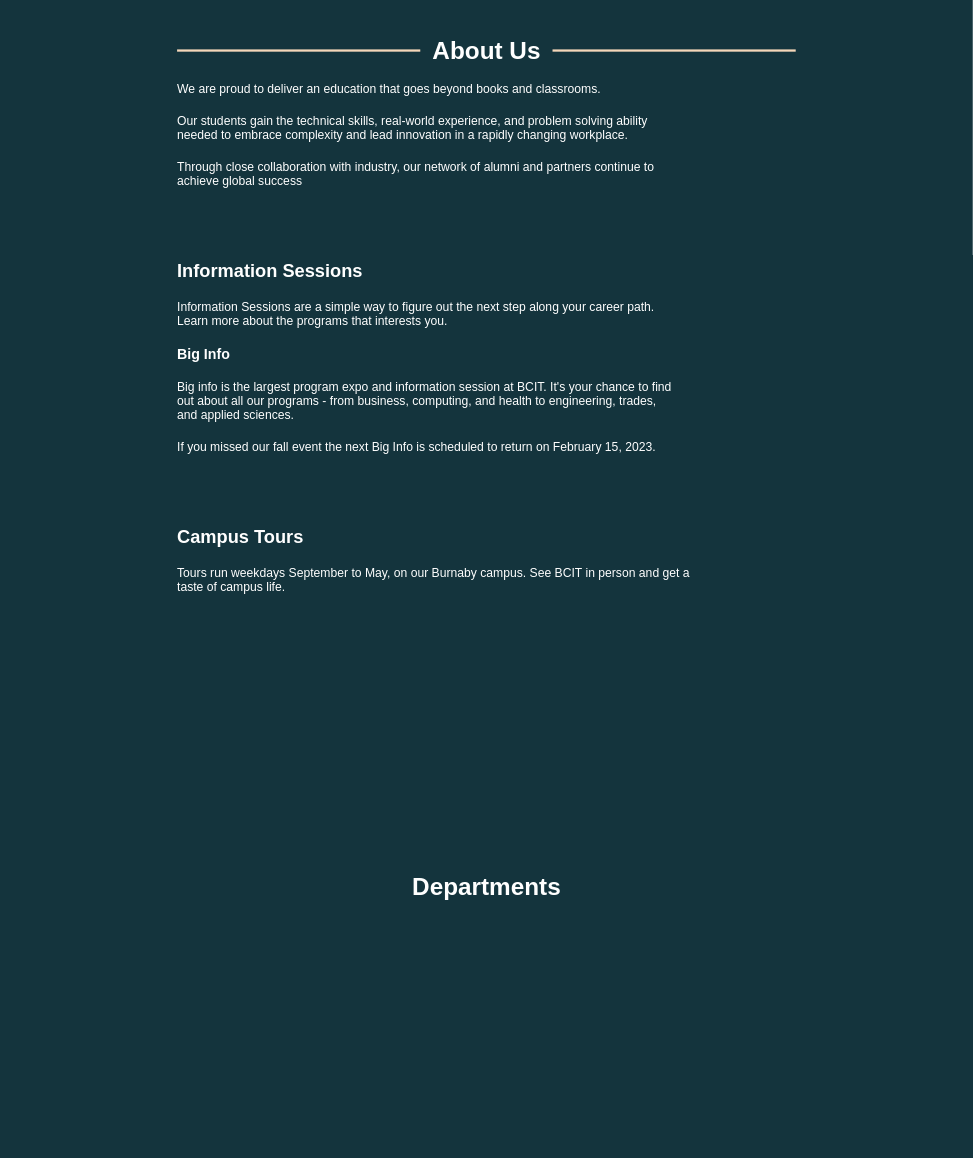
Repository: jennydmcm/assignment-1-playwright-site-A01338943
Page: /about
These files come from the project's save history. The page is drawn as it stood at one moment and after the next save; the edit follows.
The browser window is 1280 px wide. The pictures show the whole page, at 76% of full size.
The project was rebuilt for these pictures with package versions that can differ from the ones it lists, and the page was loaded fresh each time. The framework's server and built-in components were replaced by stand-ins that run in the browser. Also part of the build but not shown: next.config.js.

Above is the page before, as saved 2023-02-08 13:32:40.

### pages/_app.js
import '../styles/globals.css'
import '../styles/variables.css'

function MyApp({ Component, pageProps }) {
  return <Component {...pageProps} />
}

export default MyApp

### pages/about.js
import Head from "next/head";
import Image from "next/image";
import { Inter } from "@next/font/google";
import styles from "@/styles/About.module.css";
const inter = Inter({ subsets: ["latin"] });

export default function Home() {
  return (
    <>
      <Head>
        <title>About Us</title>
        <meta name="description" content="Generated by create next app" />
        <meta name="viewport" content="width=device-width, initial-scale=1" />
        <meta name="author" content="MDIA 2109" />
        <meta property="og:title" content="Assignment #1 - About Us Page" />
        <meta
          property="og:description"
          content="BCIT Digital Design and Development Diploma"
        />
        <link rel="icon" href="/favicon.png" />
      </Head>
      <main className={styles.main}>
        <header>
          <div className={styles.about}>
            <div className={styles.header}>
              <hr className={styles.lines}></hr>
              <h1 className={styles.aboutTitle}>About Us</h1>
              <hr className={styles.lines}></hr>
            </div>
            <p className={styles.mainText}>
              We are proud to deliver an education that goes beyond books and
              classrooms.
            </p>
            <p className={styles.mainText}>
              Our students gain the technical skills, real-world experience, and
              problem solving ability <br></br>
              needed to embrace complexity and lead innovation in a rapidly
              changing workplace.
            </p>
            <p className={styles.mainText}>
              Through close collaboration with industry, our network of alumni
              and partners continue to <br></br>
              achieve global success
            </p>
          </div>
          <div className={styles.infosesh}>
            <h2>Information Sessions</h2>
            <p className={styles.mainText}>
              Information Sessions are a simple way to figure out the next step
              along your career path. <br></br>
              Learn more about the programs that interests you.
            </p>
            <h3 className={styles.bigInfo}>Big Info</h3>
            <p className={styles.mainText}>
              Big info is the largest program expo and information session at
              BCIT. It's your chance to find<br></br>
              out about all our programs - from business, computing, and health
              to engineering, trades,<br></br>
              and applied sciences.
            </p>
            <p className={styles.mainText}>
              If you missed our fall event the next Big Info is scheduled to
              return on February 15, 2023.
            </p>
          </div>

          <div className={styles.tours}>
            <h2>Campus Tours</h2>
            <p className={styles.mainText}>
              Tours run weekdays September to May, on our Burnaby campus. See
              BCIT in person and get a<br></br>
              taste of campus life.
            </p>
          </div>
          <div className={styles.dept}>
            <h1>Departments</h1>
          </div>
        </header>
        <a>
          <span>
            <img href="/upwardArrow.png"></img>
            <img href="downwardArrow.png"></img>
          </span>
        </a>
      </main>
    </>
  );
}

### styles/variables.css
:root{
    --primary-color: #fff;
    --secondary-color: #f4d6b9;
    --ternary-color: #14343d;
    --quaternary-color: #14343d;
    --quinary-color: rgba(16,46,53,0.5);

}

### styles/About.module.css
.main{
    background-color: var(--ternary-color);
    color: var(--primary-color);
    font-family: Arial, Helvetica, sans-serif;
    display: flex;
    flex-direction: column;
    align-items: center;
}
.about{
    display: flex;
    flex-direction: column;
    padding: 3rem;
    padding-bottom: 3rem;

}


.infosesh{
    display: flex;
    flex-direction: column;
    padding: 3rem;
    padding-bottom: 3rem;

}

.bigInfo{
    padding-top: 1.5rem;

}

.tours{
    display: flex;
    flex-direction: column;
    padding: 3rem;
    padding-bottom: 3rem;

}

.dept{
    display: flex;
    flex-direction: column;
    padding-top: 20rem;
    padding-bottom: 20rem;
    align-items: center;


}

.aboutTitle{
    display: flex;
    flex-direction: column;
    align-items: center;
    padding-left: 1rem;
    padding-right: 1rem;
}

.mainText{
    padding-top: 1.5rem;

}

.lines{
    border-top: none;
    border-bottom: 0.2rem solid var(--secondary-color);
    border-left: none;
    border-right: none;
    width: 20rem;
}
.header{
    display: flex;
    flex-direction: row;
    align-items: center;
}

Loaded but not shown: pages/_document.js (common file); styles/globals.css (common file)

After the next save:
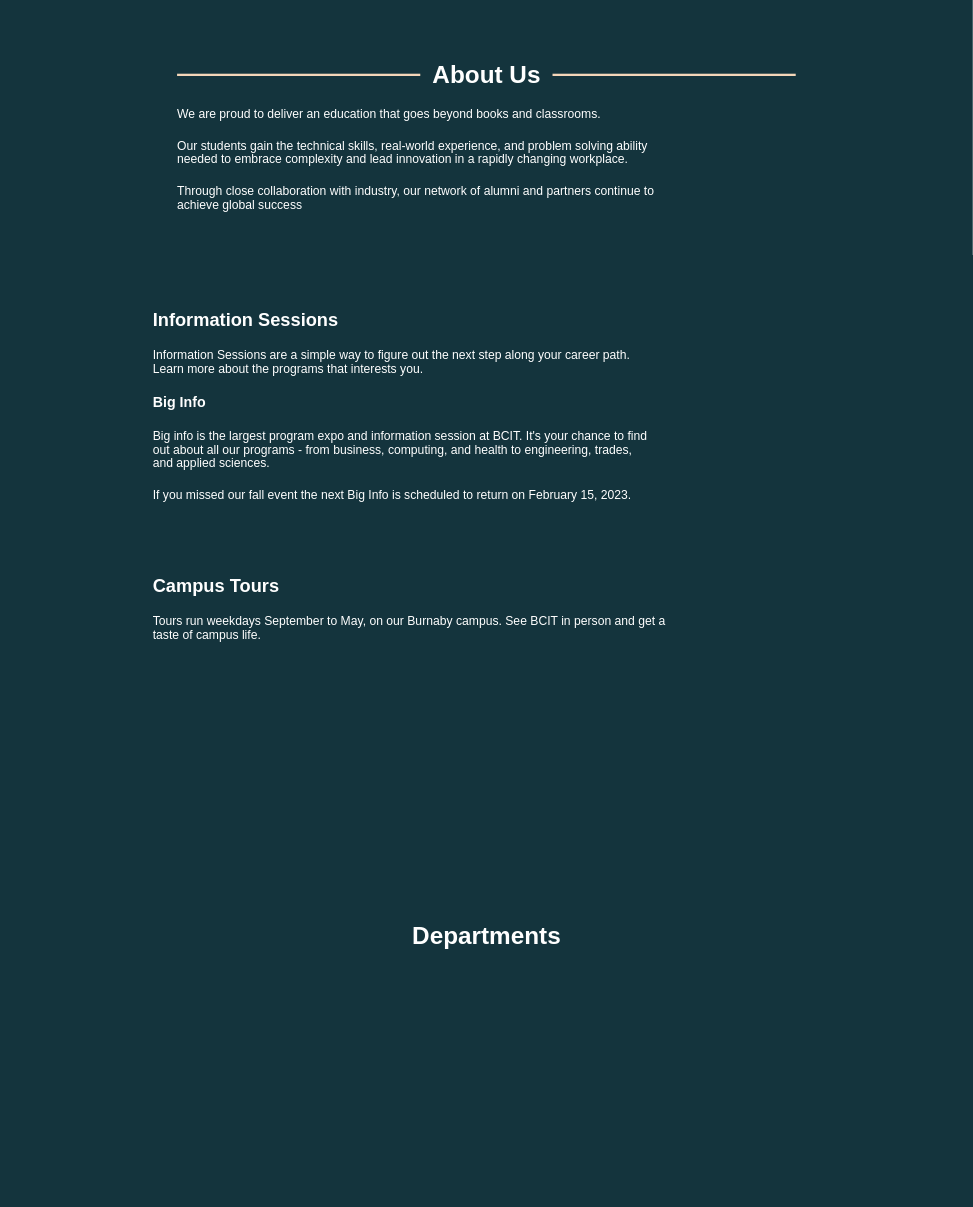
Saved 43 s later.
--- a/styles/About.module.css
+++ b/styles/About.module.css
@@ -9,8 +9,8 @@
 .about{
     display: flex;
     flex-direction: column;
-    padding: 3rem;
-    padding-bottom: 3rem;
+    padding: 5rem;
+    padding-bottom: 5rem;
 
 }
 
